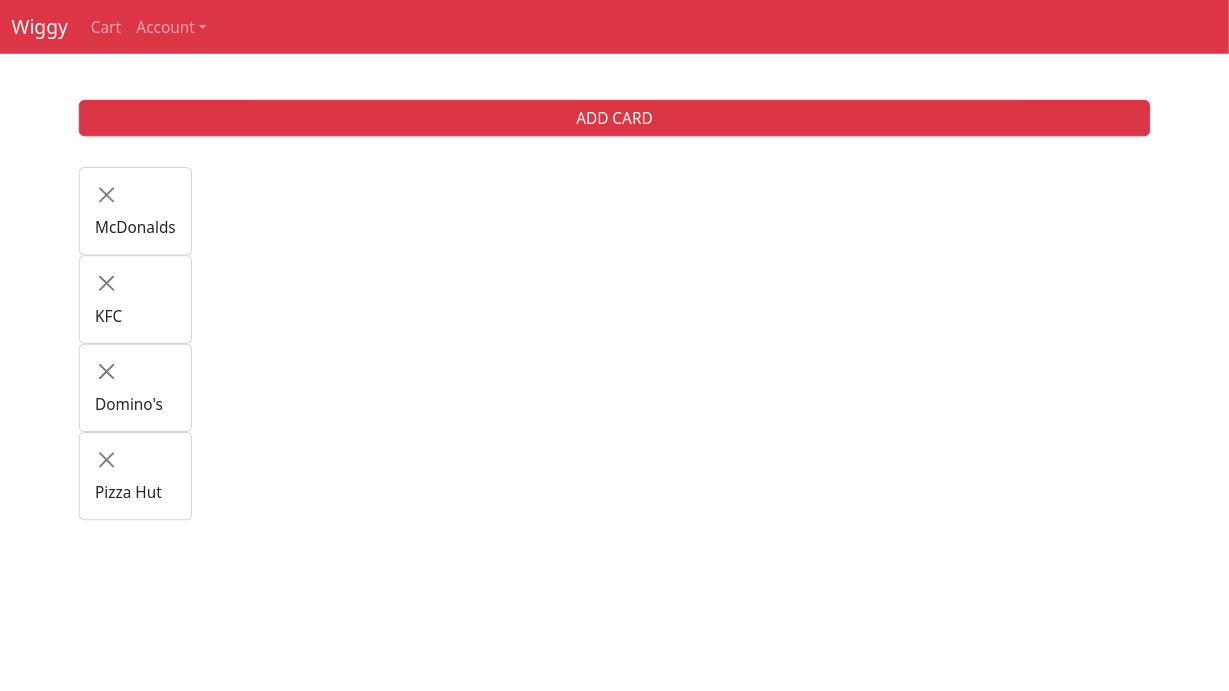
Repository: MohammadGulshan/wiggy
Page: / (app in client/)
These files come from the project's save history. The page is drawn as it stood at one moment and after a run of saves; the edit follows.
The browser window is 1280 px wide. The pictures show the whole page, at 96% of full size.
The project was rebuilt for these pictures with package versions that can differ from the ones it lists, and the page was loaded fresh each time. Also part of the build but not shown: client/src/App.css.

Above is the page before, as saved 2020-12-11 04:08:54.

### client/src/index.js
import React from 'react';
import ReactDOM from 'react-dom';
import App from './App';
import reportWebVitals from './reportWebVitals';

ReactDOM.render(
  <React.StrictMode>
    <App />
  </React.StrictMode>,
  document.getElementById('root')
);

// If you want to start measuring performance in your app, pass a function
// to log results (for example: reportWebVitals(console.log))
// or send to an analytics endpoint. Learn more: https://bit.ly/CRA-vitals
reportWebVitals();

### client/src/App.js
import 'bootstrap/dist/css/bootstrap.min.css';
import './App.css';

import AppNavbar from './components/AppNavbar';
import AppCards from './components/AppCards';

function App() {
  return (
    <div className="App">
      <AppNavbar />
      <AppCards />
    </div>
  );
}

export default App;

### client/src/components/AppNavbar.js
import React from "react";
import {
  Collapse,
  Navbar,
  NavbarToggler,
  NavbarBrand,
  Nav,
  NavItem,
  NavLink,
  UncontrolledDropdown,
  DropdownToggle,
  DropdownMenu,
  DropdownItem,
  NavbarText,
} from "reactstrap";

const AppNavbar = (props) => {
  let isOpen = false;
  const toggle = () => isOpen = !isOpen;
  return (
    <div>
      <Navbar color="danger" dark expand="md" className="mb-5">
        <NavbarBrand href="/">Wiggy</NavbarBrand>
        <NavbarToggler onClick={toggle} />
        <Collapse isOpen={isOpen} navbar>
          <Nav className="ml-auto" navbar>
            <NavItem>
              <NavLink href="/cart">Cart</NavLink>
            </NavItem>
            <UncontrolledDropdown nav inNavbar>
              <DropdownToggle nav caret>
                Account
              </DropdownToggle>
              <DropdownMenu right>
                <DropdownItem>
                  Profile
                </DropdownItem>
                <DropdownItem>
                  Orders
                </DropdownItem>
                <DropdownItem divider />
                <DropdownItem>
                  Logout
                </DropdownItem>
              </DropdownMenu>
            </UncontrolledDropdown>
          </Nav>
        </Collapse>
      </Navbar>
    </div>
  );
};

export default AppNavbar;

### client/src/components/AppCards.js
import React, {useState} from 'react';
import { Container, Button, Card, CardBody, CardText, CardGroup, CardTitle } from 'reactstrap';
import { CSSTransition, TransitionGroup } from 'react-transition-group';
import {v1 as uuid} from 'uuid';
import App from '../App';

const AppCards = () => {
    const [state, setState] = useState({
        cards: [
            {id: uuid(), name: 'McDonalds'},
            {id: uuid(), name: 'KFC'},
            {id: uuid(), name: 'Domino\'s'},
            {id: uuid(), name: 'Pizza Hut'}
        ]
    });
    const x = [1,2,4]

    return (
        <div>
            <Container>
                <Button color="danger"
                    className="col-12"
                    style={{marginBottom: '2rem'}}
                    onClick={() => {
                        const name = prompt('Enter Restaurant Name');
                        if (name) {
                            setState(state => ({
                                cards: [...state.cards, {id: uuid(), name: name}]
                            }))
                        }
                    }}
                >
                    ADD CARD
                </Button>
                <CardGroup>
                    <TransitionGroup className="cards">
                        {state.cards.map((value, id) => {
                            return (
                                // <CSSTransition key={id}
                                //     timeout={500}
                                //     classNames="fade"
                                // >
                                    <Card>
                                        <CardBody>
                                            <CardTitle>
                                                <Button close />
                                            </CardTitle>
                                            <CardText>
                                                {value.name}
                                            </CardText>
                                        </CardBody>
                                    </Card>
                                // </CSSTransition>
                            )
                        })}
                    </TransitionGroup>
                </CardGroup>
            </Container>
        </div>
    );
}

export default AppCards;

Loaded but not shown: client/public/index.html (common file); client/src/reportWebVitals.js (common file)

After the next 3 saves:
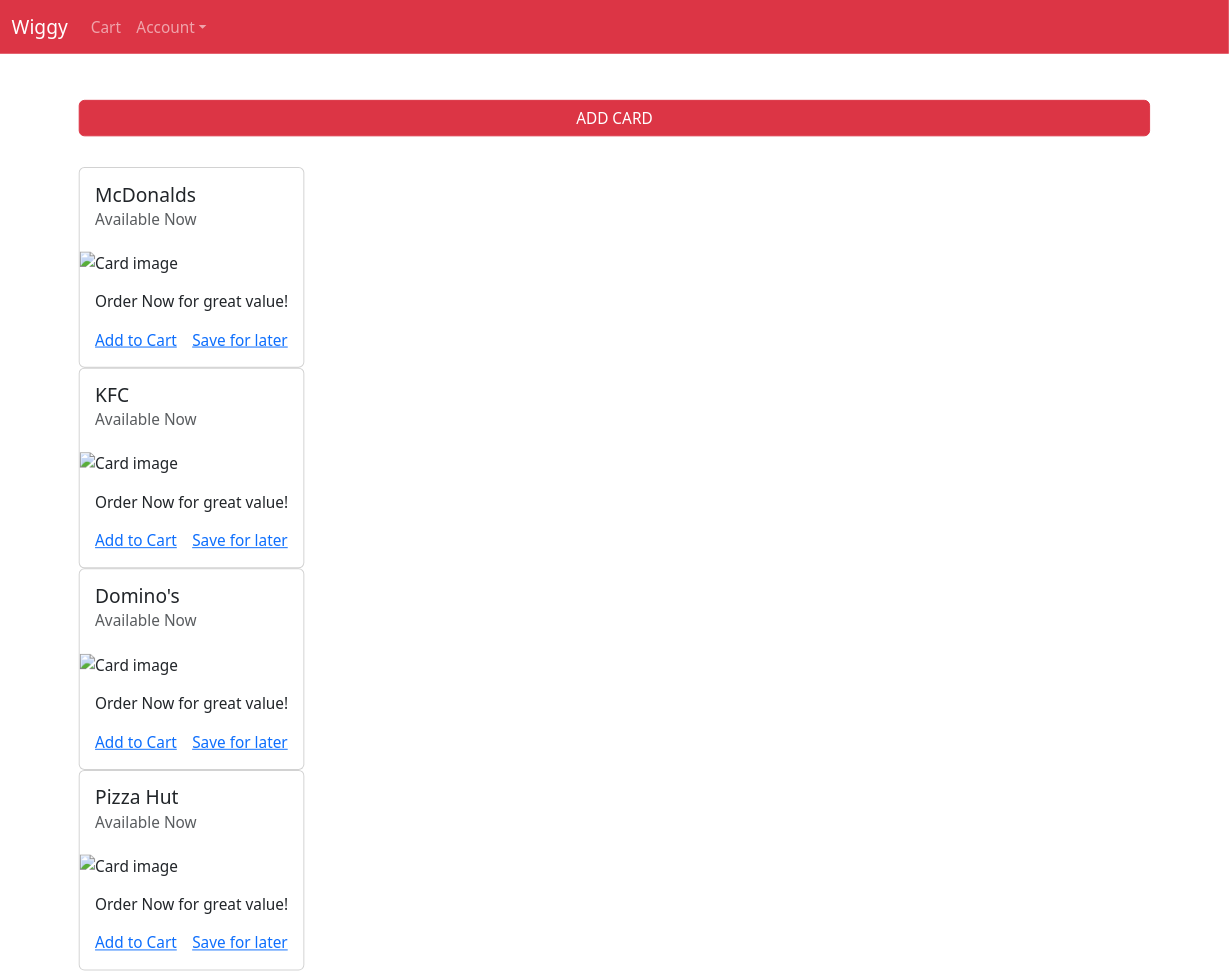
The 3 saves are shown as one change because 2 did not build or start.
The last was saved 5 min 58 s later.
--- a/client/src/components/AppCards.js
+++ b/client/src/components/AppCards.js
@@ -1,5 +1,5 @@
 import React, {useState} from 'react';
-import { Container, Button, Card, CardBody, CardText, CardGroup, CardTitle } from 'reactstrap';
+import { Container, Button, Card, CardBody, CardText, CardGroup, CardTitle, CardLink, CardSubtitle } from 'reactstrap';
 import { CSSTransition, TransitionGroup } from 'react-transition-group';
 import {v1 as uuid} from 'uuid';
 import App from '../App';
@@ -40,16 +40,20 @@
                                 //     timeout={500}
                                 //     classNames="fade"
                                 // >
-                                    <Card>
-                                        <CardBody>
-                                            <CardTitle>
-                                                <Button close />
-                                            </CardTitle>
-                                            <CardText>
-                                                {value.name}
-                                            </CardText>
-                                        </CardBody>
-                                    </Card>
+                                <Card>
+                                    <CardBody>
+                                        <CardTitle tag="h5">
+                                            {value.name}
+                                        </CardTitle>
+                                        <CardSubtitle tag="h6" className="mb-2 text-muted">Available Now</CardSubtitle>
+                                    </CardBody>
+                                    <img width="100%" src="" alt="Card image" />
+                                    <CardBody>
+                                        <CardText>Order Now for great value!</CardText>
+                                        <CardLink href="#">Add to Cart</CardLink>
+                                        <CardLink href="#">Save for later</CardLink>
+                                    </CardBody>
+                                </Card>
                                 // </CSSTransition>
                             )
                         })}
